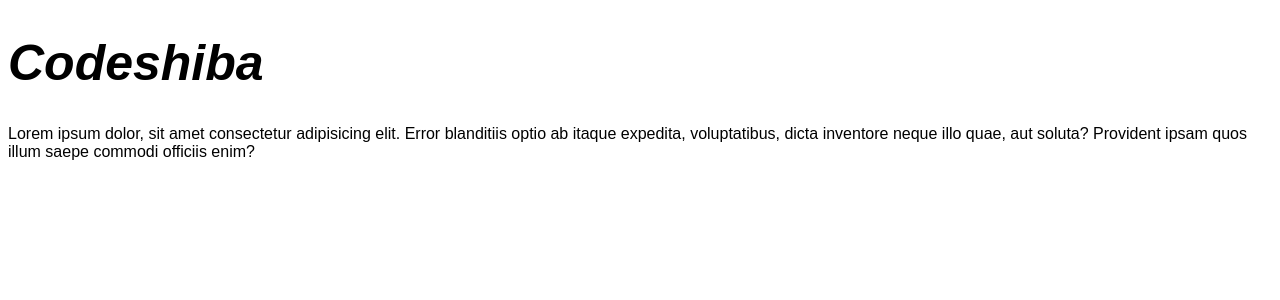
Repository: nanfengovo/CSS
Page: indexfont.html
These files come from the project's save history. The page is drawn as it stood at one moment and after the next save; the edit follows.
The browser window is 1280 px wide. The pictures show the whole page.

Above is the page before, as saved 2024-12-31 23:06:12.

### indexfont.html
<!DOCTYPE html>
<html lang="en">
<head>
    <meta charset="UTF-8">
    <meta name="viewport" content="width=device-width, initial-scale=1.0">
    <title>CSS字体介绍</title>
    <style>
        h1{
            font-family: cursive, sans-serif;
            font-size: 50px;
            font-weight: bold;
            font-style: italic;
        }
        p{
            font-family: cursive, sans-serif;
        }
    </style>
</head>
<body>
    <h1>Codeshiba</h1>
    <p>Lorem ipsum dolor, sit amet consectetur adipisicing elit. Error blanditiis optio ab itaque expedita, voluptatibus, dicta inventore neque illo quae, aut soluta? Provident ipsam quos illum saepe commodi officiis enim?</p>
</body>
</html>

After the next save:
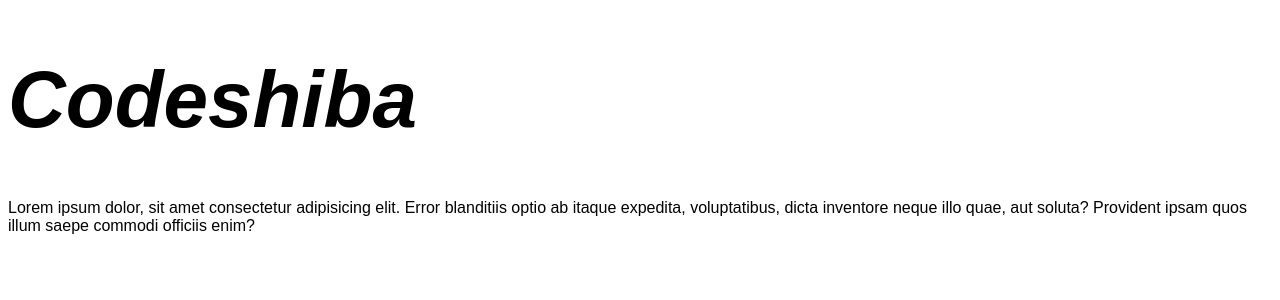
Saved 35 s later.
--- a/indexfont.html
+++ b/indexfont.html
@@ -7,7 +7,7 @@
     <style>
         h1{
             font-family: cursive, sans-serif;
-            font-size: 50px;
+            font-size: 5em;
             font-weight: bold;
             font-style: italic;
         }

After the save that followed:
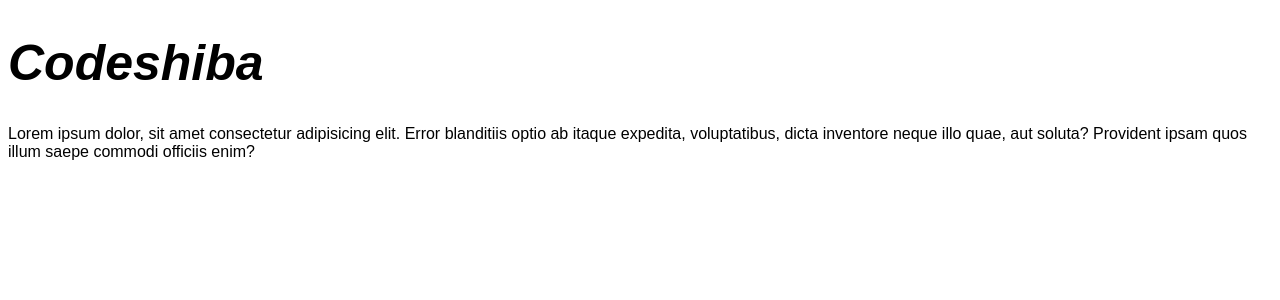
Saved 22 s later.
--- a/indexfont.html
+++ b/indexfont.html
@@ -7,7 +7,7 @@
     <style>
         h1{
             font-family: cursive, sans-serif;
-            font-size: 5em;
+            font-size: 50px;
             font-weight: bold;
             font-style: italic;
         }
